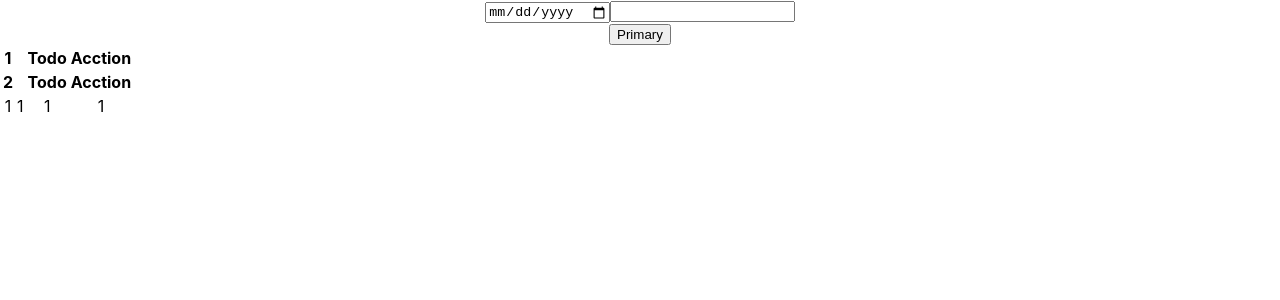
Repository: vanviet99/bietitmatit
Page: /
An editor plug-in stored every save of this project. The page is shown before and after the next save, followed by the edit.
The browser window is 1280 px wide. The pictures show the whole page.
The project was rebuilt for these pictures with package versions that can differ from the ones it lists, and the page was loaded fresh each time.

Above is the page before, as saved 2022-10-03 21:18:14.

### src/App.js

import React, { useState } from 'react';
import './App.css';
import data from './data';

function App() {
   const [list,setList] = useState(data)
  return (
    <div className="App">
     <React.Fragment>
     <div className="input-group mb-3">
     <input  type="date" className="form-control" aria-label="Sizing example input" aria-describedby="inputGroup-sizing-default"></input>
      <input  type="text" className="form-control" aria-label="Sizing example input" aria-describedby="inputGroup-sizing-default"></input>
    </div>
    <button type="button" className="btn btn-primary">Primary</button>
    <div>
    <table className="table">
  <thead>
      {list.map(function(value,index){
        return (
          <tr key={index}>
          <th scope="col">{index+1}</th>
          <th scope="col">{value.d}</th>
          <th scope="col">Todo</th>
          <th scope="col">Acction</th>
        </tr>
        )
      })}
  </thead>
  <tbody>
    <tr>
      <td>1</td>
      <td>1</td>
      <td>1</td>
      <td>1</td>
    </tr>
  </tbody>
</table>
    </div>
     </React.Fragment>
    </div>
  );
}

export default App;

### src/data.js
 let list = [
    {
        date: '2022/10/02', do: 'học react-js'
    },
    {
        date: '2022/10/03', do: 'học php'
    }
 ]

 export default list;

Loaded but not shown: src/index.js (common file); src/index.css (common file); src/reportWebVitals.js (common file); src/App.css (common file)

After the next save:
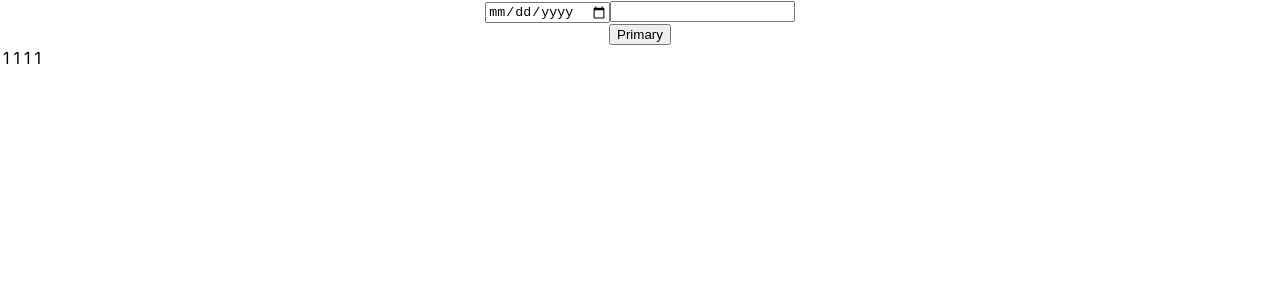
Saved 20 s later.
--- a/src/App.js
+++ b/src/App.js
@@ -17,14 +17,7 @@ function App() {
     <table className="table">
   <thead>
       {list.map(function(value,index){
-        return (
-          <tr key={index}>
-          <th scope="col">{index+1}</th>
-          <th scope="col">{value.d}</th>
-          <th scope="col">Todo</th>
-          <th scope="col">Acction</th>
-        </tr>
-        )
+
       })}
   </thead>
   <tbody>
